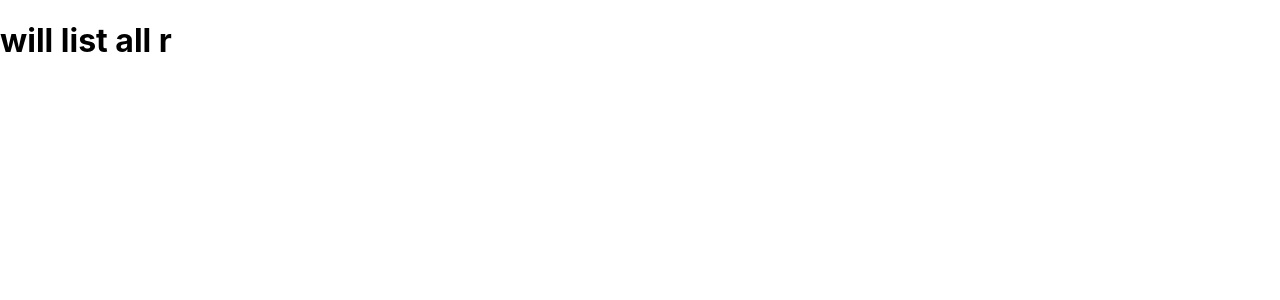
Repository: mergemaven11/Crud_Nextjs
Page: /rant-board
These files come from the project's save history. The page is drawn as it stood at one moment and after a run of saves; the edit follows.
The browser window is 1280 px wide. The pictures show the whole page.
The project was rebuilt for these pictures with package versions that can differ from the ones it lists, and the page was loaded fresh each time. The framework's server and built-in components were replaced by stand-ins that run in the browser.

Above is the page before, as saved 2020-10-22 18:41:49.

After the next 2 saves:
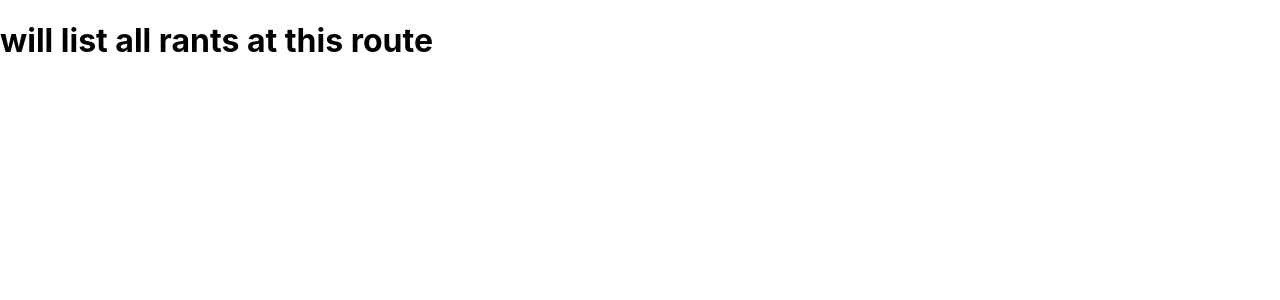
The 2 saves are shown as one change because they came seconds apart.
The last was saved 10 s later.
--- a/pages/rant-board/index.jsx
+++ b/pages/rant-board/index.jsx
@@ -1,3 +1,3 @@
 import React from 'react'
 
-export default () => <h1>will list all r</h1>
+export default () => <h1>will list all rants at this route</h1>
